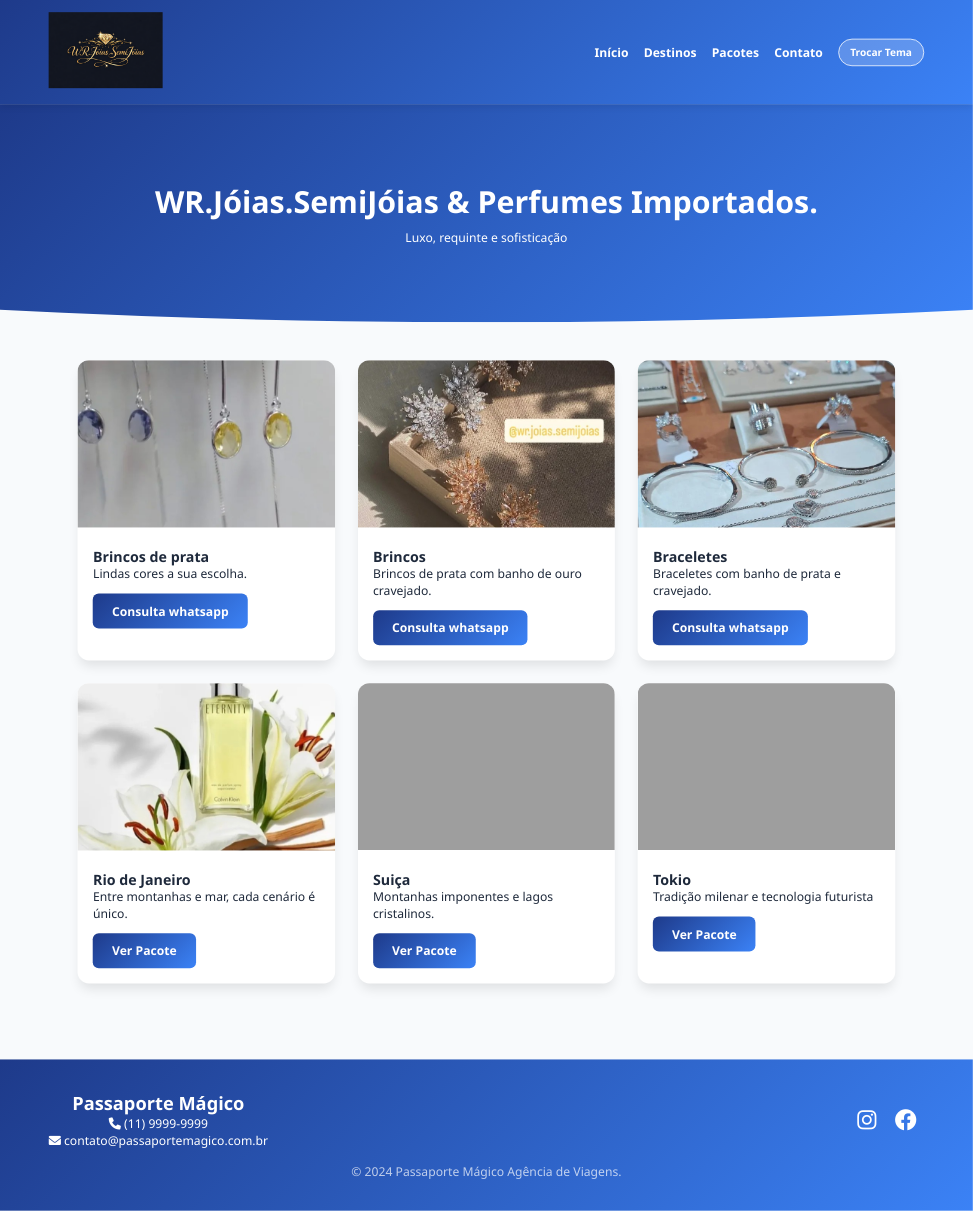
Repository: Sandro1969-tech/joias-perfumes
Page: index.html
These files come from the project's save history. The page is drawn as it stood at one moment and after the next save; the edit follows.
The browser window is 1280 px wide. The pictures show the whole page, at 76% of full size.
Pictures or frames that could not be fetched are drawn as grey boxes.

Above is the page before, as saved 2026-01-28 15:21:12.

### index.html
<!DOCTYPE html>
<html lang="pt-br">
<head>
    <meta charset="UTF-8">
    <meta name="viewport" content="width=device-width, initial-scale=1.0">
    <title>WR.Jóias.SemiJóias & Perfumes Importados</title>
    <link rel="stylesheet" href="https://cdnjs.cloudflare.com/ajax/libs/font-awesome/6.0.0/css/all.min.css">
    <link rel="shortcut icon" href="assets/image/icone.png" type="image/x-icon">

    <style>
        /* VARIÁVEIS DE CORES */
        :root {
            --primary-gradient: linear-gradient(135deg, #1e3a8a, #3b82f6);
            --bg-color: #f8fafc;
            --text-color: #1e293b;
            --card-bg: #ffffff;
            --accent-color: #60a5fa;
            --button-hover: #2563eb;
        }

        [data-theme="dark"] {
            --bg-color: #0f172a;
            --text-color: #f1f5f9;
            --card-bg: #1e293b;
            --accent-color: #3b82f6;
        }

        /* RESET E GERAL */
        * {
            margin: 0; padding: 0; box-sizing: border-box;
            transition: background 0.4s ease, color 0.4s ease;
            font-family: 'Segoe UI', Tahoma, sans-serif;
        }

        body {
            background-color: var(--bg-color);
            color: var(--text-color);
        }

        /* HEADER E MENU */
        header {
            background: var(--primary-gradient);
            padding: 1rem 5%;
            display: flex;
            justify-content: space-between;
            align-items: center;
            position: sticky; top: 0; z-index: 1000;
            box-shadow: 0 4px 10px rgba(0,0,0,0.1);
        }

        .logo img { height: 100px; }

        .nav-container { display: flex; align-items: center; gap: 20px; }

        .nav-links { display: flex; list-style: none; gap: 20px; }

        .nav-links a {
            color: white; text-decoration: none; font-weight: bold;
            transition: 0.3s;
        }
        .nav-links a:hover { color: var(--accent-color); padding-left: 5px; }

        /* BOTÃO TEMA */
        #theme-toggle {
            background: rgba(255,255,255,0.2);
            border: 1px solid white;
            color: white;
            padding: 8px 15px;
            border-radius: 20px;
            cursor: pointer;
            font-weight: bold;
        }

        /* HERO SECTION */
        .hero {
            text-align: center;
            padding: 100px 20px;
            background: var(--primary-gradient);
            color: white;
            clip-path: ellipse(150% 100% at 50% 0%);
        }

        .hero h1 { font-size: 2.5rem; margin-bottom: 10px; }

        /* GRID DE 3 COLUNAS (CORRIGIDO) */
        .destinos-container {
            display: grid;
            grid-template-columns: repeat(3, 1fr); /* 3 colunas fixas no desktop */
            gap: 30px;
            padding: 50px 8%;
            max-width: 1400px;
            margin: 0 auto;
        }

        .card {
            background: var(--card-bg);
            border-radius: 15px;
            overflow: hidden;
            box-shadow: 0 10px 15px -3px rgba(0,0,0,0.1);
            transition: transform 0.3s ease;
        }

        .card:hover { transform: translateY(-10px); }

        .card img { width: 100%; height: 220px; object-fit: cover; }

        .card-content { padding: 20px; }

        /* BOTÕES COM MOVIMENTO SUAVE (CORRIGIDO) */
        .btn-reserva {
            display: inline-block;
            margin-top: 15px;
            padding: 12px 25px;
            background: var(--primary-gradient);
            color: white;
            text-decoration: none;
            border-radius: 8px;
            font-weight: bold;
            transition: all 0.4s cubic-bezier(0.175, 0.885, 0.32, 1.275);
        }

        .btn-reserva:hover {
            background: var(--button-hover);
            transform: scale(1.05) translateX(10px); /* Movimenta para o lado suavemente */
            box-shadow: 0 5px 15px rgba(59, 130, 246, 0.4);
        }

        /* RODAPÉ */
        footer {
            background: var(--primary-gradient);
            color: white;
            padding: 40px 5%;
            text-align: center;
            margin-top: 50px;
        }

        .footer-content {
            display: flex; justify-content: space-between;
            align-items: center; flex-wrap: wrap; gap: 20px;
        }

        .social-icon {
            color: white; font-size: 1.8rem; margin: 0 10px;
            transition: 0.4s; display: inline-block;
        }
        .social-icon:hover { transform: translateY(-8px); color: var(--accent-color); }

        /* RESPONSIVIDADE */
        @media (max-width: 1024px) { .destinos-container { grid-template-columns: repeat(2, 1fr); } }
        @media (max-width: 768px) {
            .destinos-container { grid-template-columns: 1fr; }
            .nav-links { display: none; } /* Simplificado para focar no erro anterior */
        }
    </style>
</head>
<body>

    <header>
        <div class="logo">
            <img src="assets/image/logo.png" alt="Passaporte Mágico">
        </div>
        <nav class="nav-container">
            <ul class="nav-links">
                <li><a href="#">Início</a></li>
                <li><a href="#">Destinos</a></li>
                <li><a href="#">Pacotes</a></li>
                <li><a href="#">Contato</a></li>
            </ul>
            <button id="theme-toggle">Trocar Tema</button>
        </nav>
    </header>

    <section class="hero">
        <h1>WR.Jóias.SemiJóias & Perfumes Importados.</h1>
        <p>Luxo, requinte e sofisticação</p>
    </section>

    <main class="destinos-container">
        <div class="card">
            <img src="assets/image/joia1.png" alt="Brincos">
            <div class="card-content">
                <h3>Brincos de prata</h3>
                <p>Lindas cores a sua escolha.</p>
                <a href="#" class="btn-reserva">Consulta whatsapp</a>
            </div>
        </div>
        <div class="card">
            <img src="assets/image/joia4.png" alt="Brincos">
            <div class="card-content">
                <h3>Brincos</h3>
                <p>Brincos de prata com banho de ouro cravejado.</p>
                <a href="#" class="btn-reserva">Consulta whatsapp</a>
            </div>
        </div>
        <div class="card">
            <img src="assets/image/joia5.png" alt="Bracelete">
            <div class="card-content">
                <h3>Braceletes</h3>
                <p>Braceletes com banho de prata e cravejado.</p>
                <a href="#" class="btn-reserva">Consulta whatsapp</a>
            </div>
        </div>
        <div class="card">
            <img src="assets/image/eternity.png" alt="Perfume">
            <div class="card-content">
                <h3>Rio de Janeiro</h3>
                <p>Entre montanhas e mar, cada cenário é único.</p>
                <a href="#" class="btn-reserva">Ver Pacote</a>
            </div>
        </div>
        <div class="card">
            <img src="assets/image/Suiça.jpg" alt="Suíça">
            <div class="card-content">
                <h3>Suiça</h3>
                <p>Montanhas imponentes e lagos cristalinos.</p>
                <a href="#" class="btn-reserva">Ver Pacote</a>
            </div>
        </div>
        <div class="card">
            <img src="assets/image/Tokio.jpg" alt="Tokio">
            <div class="card-content">
                <h3>Tokio</h3>
                <p>Tradição milenar e tecnologia futurista</p>
                <a href="#" class="btn-reserva">Ver Pacote</a>
            </div>
        </div>
    </main>

    <footer>
        <div class="footer-content">
            <div class="footer-info">
                <h2>Passaporte Mágico</h2>
                <p><i class="fas fa-phone"></i> (11) 9999-9999</p>
                <p><i class="fas fa-envelope"></i> contato@passaportemagico.com.br</p>
            </div>
            <div class="footer-socials">
                <a href="#" class="social-icon"><i class="fab fa-instagram"></i></a>
                <a href="#" class="social-icon"><i class="fab fa-facebook"></i></a>
            </div>
        </div>
        <p style="margin-top:20px; opacity:0.7;">&copy; 2024 Passaporte Mágico Agência de Viagens.</p>
    </footer>

    <script>
        const themeBtn = document.getElementById('theme-toggle');
        const body = document.body;

        themeBtn.onclick = () => {
            if (body.hasAttribute('data-theme')) {
                body.removeAttribute('data-theme');
                localStorage.setItem('theme', 'light');
                themeBtn.innerText = "Trocar Tema";
            } else {
                body.setAttribute('data-theme', 'dark');
                localStorage.setItem('theme', 'dark');
                themeBtn.innerText = "Modo Claro";
            }
        };

        // Verifica preferência salva
        if (localStorage.getItem('theme') === 'dark') {
            body.setAttribute('data-theme', 'dark');
            themeBtn.innerText = "Modo Claro";
        }
    </script>
</body>
</html>

After the next save:
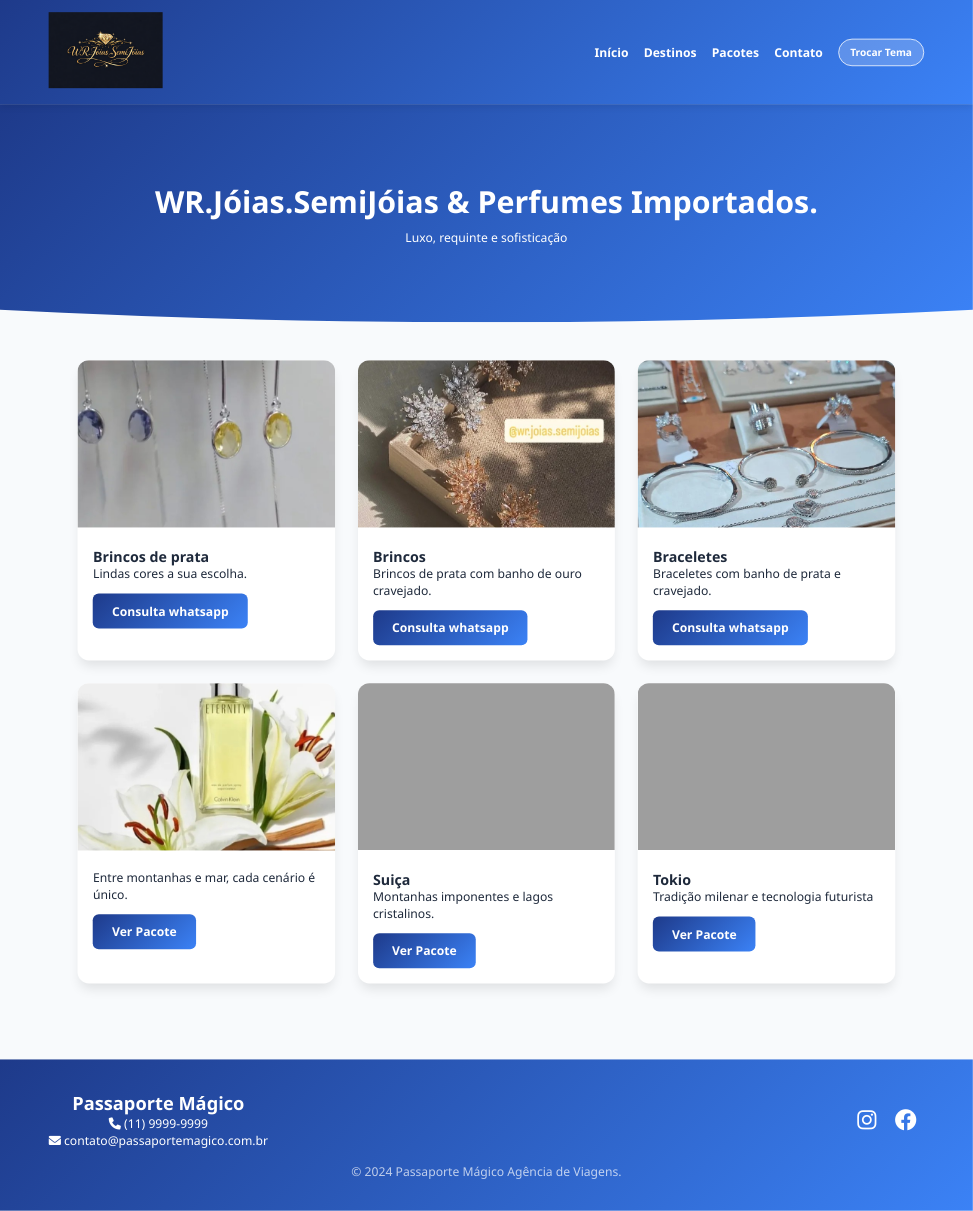
Saved 10 s later.
--- a/index.html
+++ b/index.html
@@ -203,7 +203,7 @@
         <div class="card">
             <img src="assets/image/eternity.png" alt="Perfume">
             <div class="card-content">
-                <h3>Rio de Janeiro</h3>
+                <h3></h3>
                 <p>Entre montanhas e mar, cada cenário é único.</p>
                 <a href="#" class="btn-reserva">Ver Pacote</a>
             </div>
